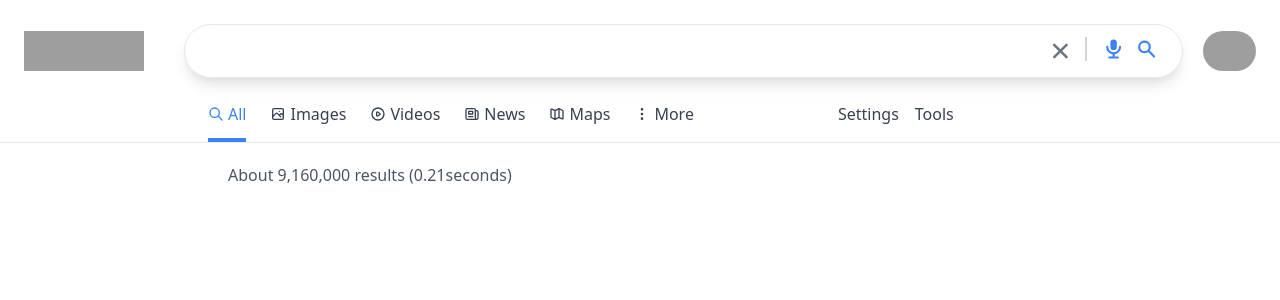
Repository: DecentraMindsCoin/google-search-clone
Page: /search
These files come from the project's save history. The page is drawn as it stood at one moment and after a run of saves; the edit follows.
The browser window is 1280 px wide. The pictures show the whole page.
Pictures or frames that could not be fetched are drawn as grey boxes. The project was rebuilt for these pictures with package versions that can differ from the ones it lists, and the page was loaded fresh each time. The framework's server and built-in components were replaced by stand-ins that run in the browser. Also part of the build but not shown: next.config.js, Response.js.

Above is the page before, as saved 2021-05-17 17:38:58.

### pages/search.js

import Head from 'next/head';
import Header from '../components/Header';
import { API_KEY, CONTEXT_KEY }  from '../keys';
import Response from "../Response";
import { useRouter } from "next/router";
import SearchResults from '../components/SearchResults';


function Search({ results }) {
    const router = useRouter();

        console.log(results);

    return (
        <div>
            <Head>
                <title>
                    {router.query.term} - Google Search
                </title>
                <link rel="icon" href=""/>
            </Head>
{/* Header */}

<Header />

{/* Search Results */}
<SearchResults results={results} />


        </div>
    )
}

export default Search;

export async function getServerSideProps(context) {

    const useDummyData = true;
    const startIndex = context.query.start || '0';

    const data = useDummyData ? Response : await fetch(`https://www.googleapis.com/customsearch/v1?key=${API_KEY}&cx=${CONTEXT_KEY}&q=${context.query.term}&start=${startIndex}`).then(response => response.json());

    // After the SERVER has rendered Pass the results to the client
    return {
        props: {
            results: data,
        }
        }
    }

### styles/globals.css
/* ./styles/globals.css */
@tailwind base;
@tailwind components;
@tailwind utilities;

@layer components {
  .btn {
    @apply bg-[#f8f9fa] p-3 rounded-md ring-gray-200 text-sm text-gray-800 hover:ring-1 focus:outline-none active:ring-gray-300 hover:shadow-md;
  }
.link {
  @apply hover:underline cursor-pointer;

  }
}

/* import from tailwind.css and delete preset css */
/* add with @apply to hover link as a modifier and cursor pointer */
/* add button btn custom gray and hover for btn className from feeling luck and Google search text */

### components/Header.js
import Image from 'next/image';
import { useRouter } from 'next/router';
import {useRef} from "react"
import { MicrophoneIcon, XIcon, SearchIcon } from '@heroicons/react/solid';
import Avatar from './Avatar';
import HeaderOptions from './HeaderOptions';


function Header() {
    const router = useRouter();
    const searchInputRef = useRef(null);

    const search = e => {
        e.preventDefault();
        const term = searchInputRef.current.value;


        if (!term) return;

        router.push(`./search?term=${term}`);
    }

    return (
        <header className="sticky top-0 bg-white">
            <div className="flex w-full p-6 items-center">
                <Image
            src='https://www.purepng.com/public/uploads/large/purepng.com-google-logo-2015brandlogobrand-logoiconssymbolslogosgoogle-6815229372333mqrr.png'
            height={40}
            width={120}
            onClick={() => router.push("/")}
            className="cursor-pointer" />
            <form className='px-6 py-3 ml-10 mr-5 flex-grow flex border border-gray-200 rounded-full shadow-lg '>
                <input ref={searchInputRef} type='text' className='flex-grow w-full focus:outline-none' type='text' />
                <XIcon className='h-7 sm:mr-3 text-gray-500 cursor-pointer transition duration-100 transform hover:scale-125'
                onClick={() =>(searchInputRef.current.value = "")}/>
                <MicrophoneIcon className='mr-3 h-6 hidden sm:inline-flex text-blue-500 border-l-2 pl-4 border-gray-300' />
                <SearchIcon className='h-6 text-blue-500 hidden sm:inline-flex'/>
                <button hidden type="submit" onClick={search}>Search</button>
            </form>
            <Avatar className='ml-auto 'url='https://coaching.papareact.com/ai9'/>
            </div>

            {/* Header Options Component */}
            <HeaderOptions />

        </header>
    )
}

export default Header

### keys.js
// Api kWZrnVM42QCiEA2Ig1bG8zjoIMOgxWwYCEeNdwY6Tv
export const API_KEY = 'AIzaSyA7YUDNBCQATijP9l34hGIXqMewhriENoQ'
// Context Key - https://cse.google.com/create/new
export const CONTEXT_KEY = '755fce7d6fc28a46b'

### components/SearchResults.js
function SearchResults({ results}) {
    return (
        <div className="mx-auto w-full px-3 sm:pl-[5%] md:pl[%14] lg:pl-52">
            <p className="text-gray-600 text-md ml-5 mb-5 mt-5">About {results.searchInformation?.formattedTotalResults} results ({results.searchInformation?.formattedSearchTime}seconds) </p>
        </div>
    )
}

export default SearchResults

### components/Avatar.js
function Avatar({url, className }) {
    return (<img loading="lazy"
    className={`h-10 rounded-full cursor-pointer transition duration-150 transform hover:scale-110 ${className}`}
    src={url} alt="Profile Pic" />
    );
}

export default Avatar

### components/HeaderOptions.js
import HeaderOption from "./HeaderOption";
import {

    DotsVerticalIcon, MapIcon, NewspaperIcon, PhotographIcon, PlayIcon, SearchIcon,
} from "@heroicons/react/outline"


function HeaderOptions() {
    return (
        <div className="flex w-full text-gray-700 justify-evenly text-sm lg:text-base lg:justify-start lg:space-x-36 lg:pl-52 border-b">
            {/* left */}
           <div className="flex space-x-6">
               <HeaderOption Icon={SearchIcon}  title="All" selected/>
               <HeaderOption Icon={PhotographIcon} title="Images" />
               <HeaderOption Icon={PlayIcon} title="Videos" />
               <HeaderOption Icon={NewspaperIcon} title="News" />
               <HeaderOption Icon={MapIcon} title="Maps" />
               <HeaderOption Icon={DotsVerticalIcon} title="More" />

           </div>
                {/* right */}
            <div className="flex space-x-4">
                <p className="link">Settings</p>
                <p className="link">Tools</p>
            </div>
        </div>
    )
}

export default HeaderOptions

### components/HeaderOption.js
function HeaderOption({ Icon, title, selected}) {
    return (
        <div className={`flex items-center space-x-1 border-b-4 border-transparent hover:text-blue-500 hover:border-blue-500 pb-3 cursor-pointer ${selected && "text-blue-500 border-blue-500"}`}>
            <Icon className="h-4" />
            <p className="hidden sm:inline-flex">{title}</p>
        </div>
    )
}

export default HeaderOption

### tailwind.config.js
module.exports = {
  mode:'jit',
  purge: ['./pages/**/*.{js,ts,jsx,tsx}', './components/**/*.{js,ts,jsx,tsx}'],
  darkMode: false, // or 'media' or 'class'
  theme: {
    extend: {},
  },
  variants: {
    extend: {},
  },
  plugins: [],
}


//insert purge and mode: jit from tailwind.css

Loaded but not shown: pages/_app.js (common file)

After the next 2 saves:
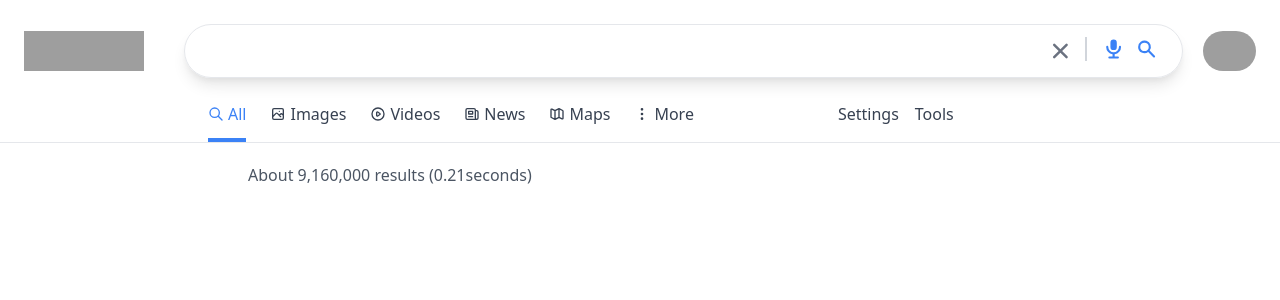
The 2 saves are shown as one change because they came seconds apart.
The last was saved 7 s later.
--- a/components/SearchResults.js
+++ b/components/SearchResults.js
@@ -1,7 +1,7 @@
 function SearchResults({ results}) {
     return (
         <div className="mx-auto w-full px-3 sm:pl-[5%] md:pl[%14] lg:pl-52">
-            <p className="text-gray-600 text-md ml-5 mb-5 mt-5">About {results.searchInformation?.formattedTotalResults} results ({results.searchInformation?.formattedSearchTime}seconds) </p>
+            <p className="text-gray-600 text-md ml-10 mb-5 mt-5">About {results.searchInformation?.formattedTotalResults} results ({results.searchInformation?.formattedSearchTime}seconds) </p>
         </div>
     )
 }
